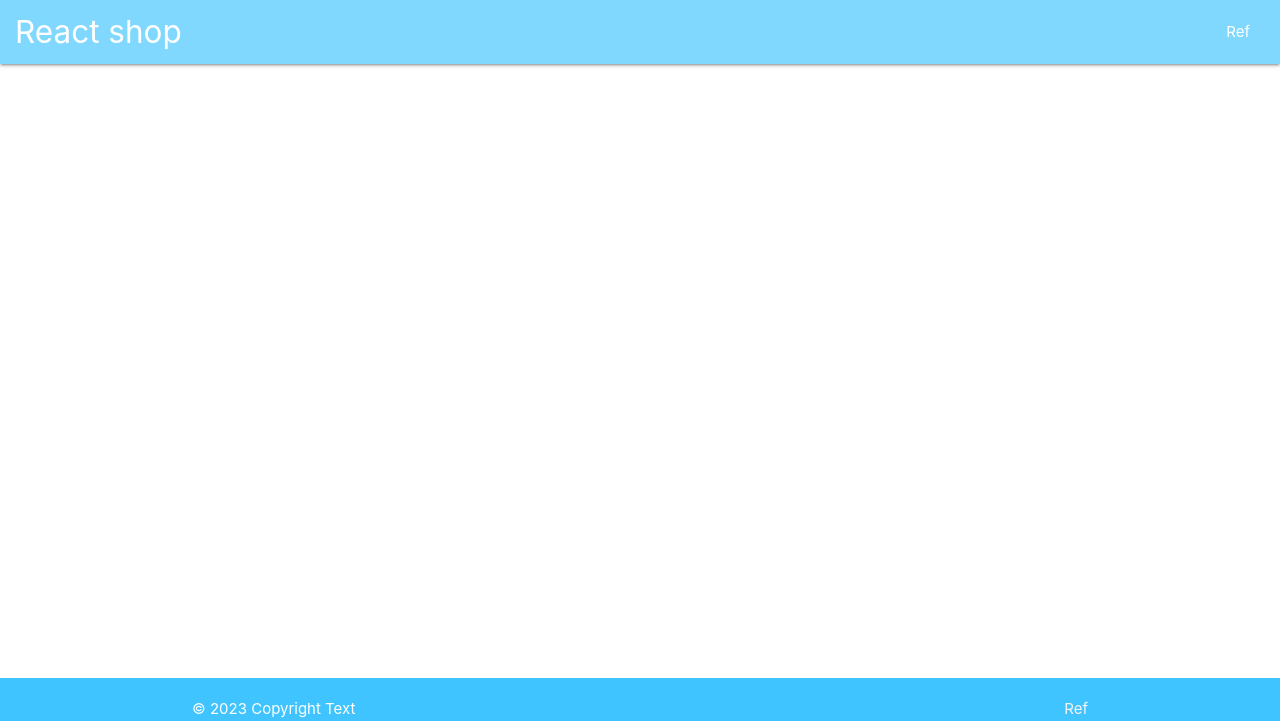
Repository: qui-qui-qui/react-recipe
Page: /
These files come from the project's save history. The page is drawn as it stood at one moment and after the next save; the edit follows.
The browser window is 1280 px wide. The pictures show the whole page.
The project was rebuilt for these pictures with package versions that can differ from the ones it lists, and the page was loaded fresh each time. Also part of the build but not shown: src/pages/About.jsx, src/pages/Contact.jsx.

Above is the page before, as saved 2023-01-09 15:03:33.

After the next save:
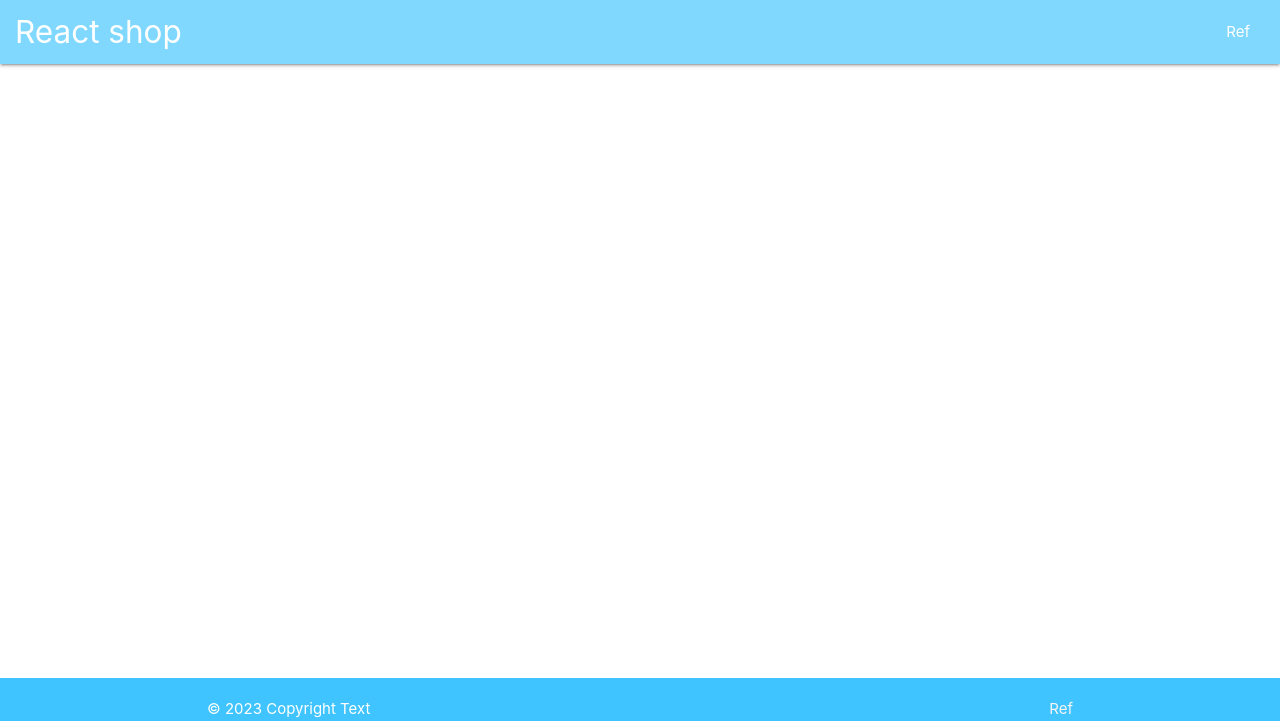
Saved 24 s later.
--- a/src/index.css
+++ b/src/index.css
@@ -15,3 +15,7 @@ nav {
   min-height: calc(100vh - 70px - 36px);
   padding: 1.5rem 0;
 }
+
+.footer {
+  padding: 0 1rem;
+}
